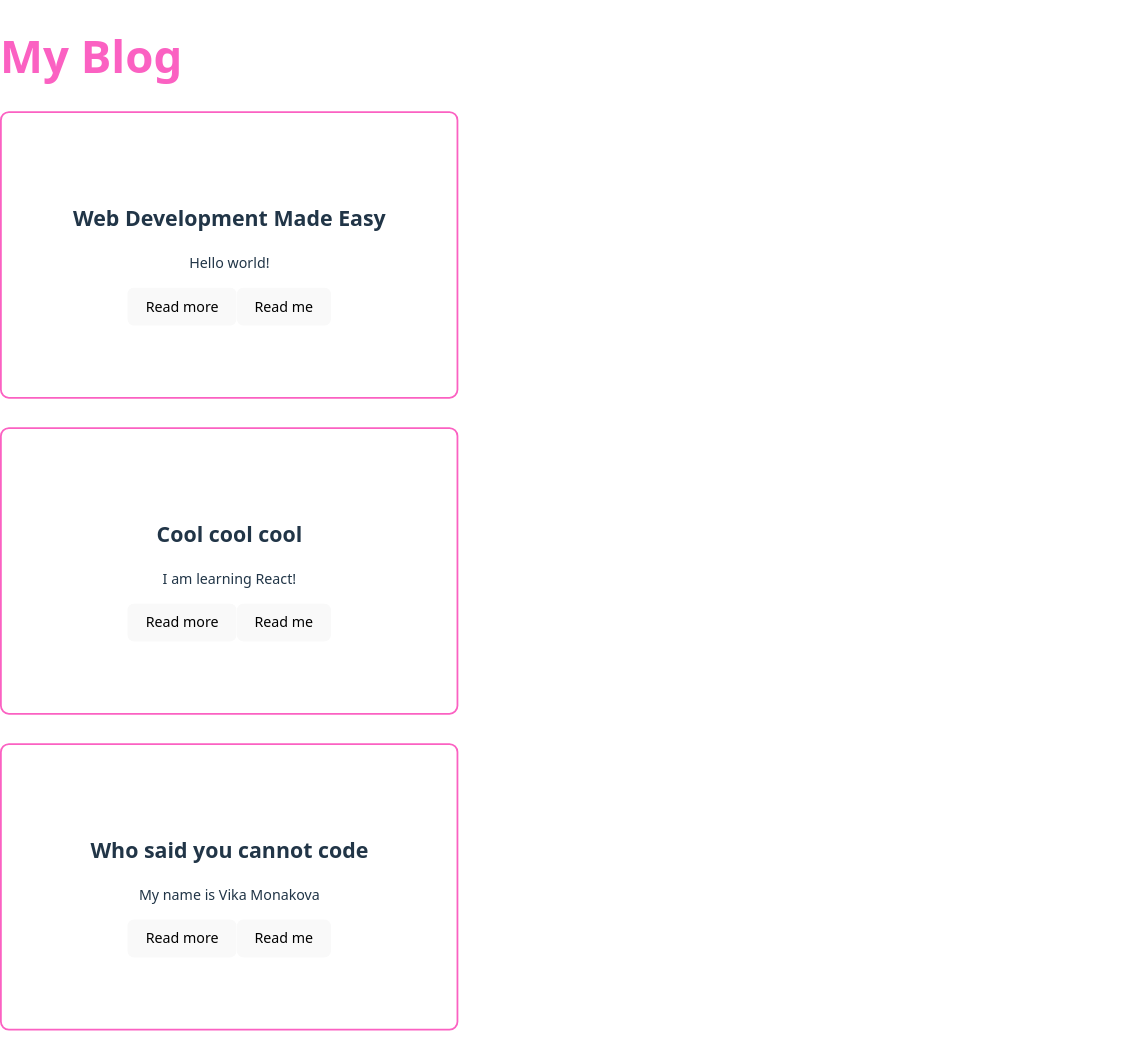
Repository: monavi77/front_web_dev_week1
Page: /
These files come from the project's save history. The page is drawn as it stood at one moment and after the next save; the edit follows.
The browser window is 1280 px wide. The pictures show the whole page, at 89% of full size.
The project was rebuilt for these pictures with package versions that can differ from the ones it lists, and the page was loaded fresh each time. Also part of the build but not shown: vite.config.js.

Above is the page before, as saved 2025-09-10 14:06:14.

After the next save:
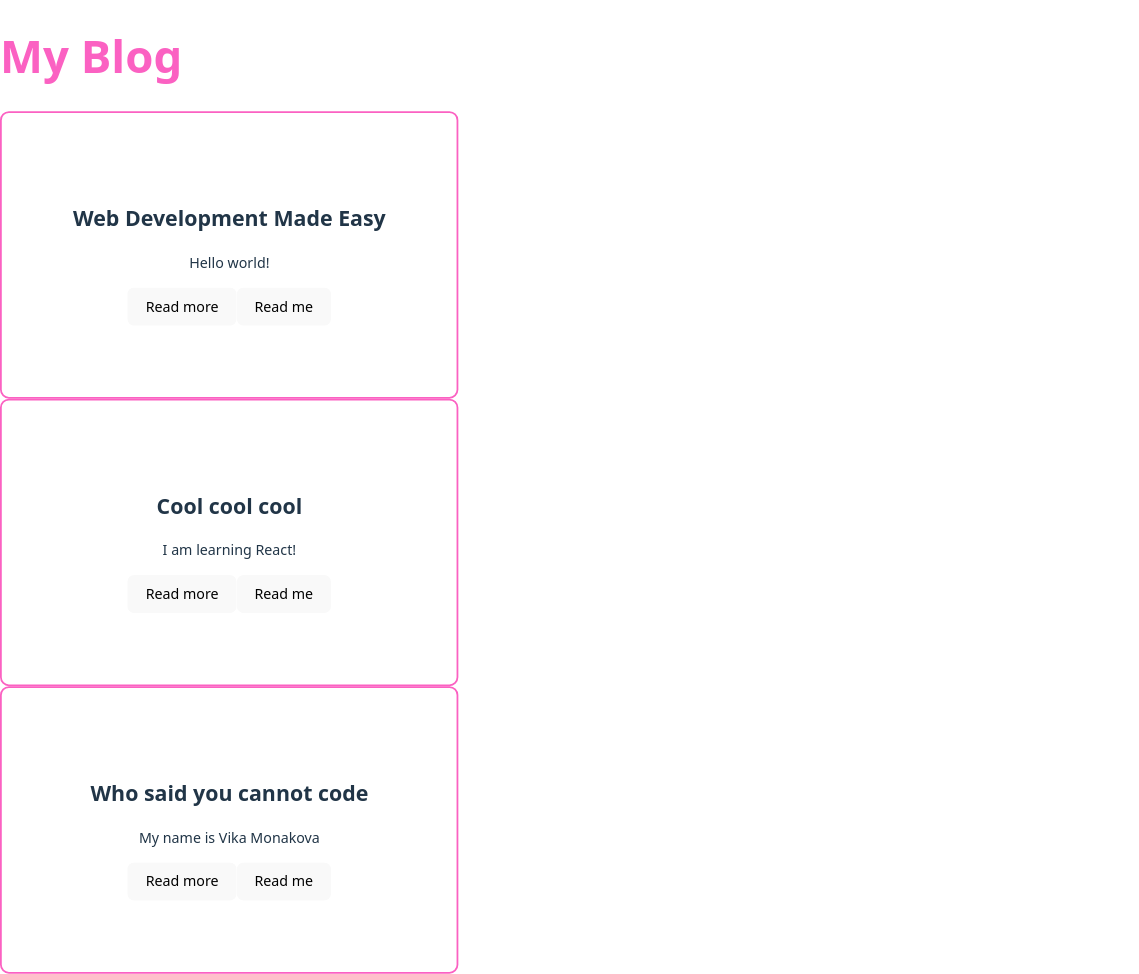
Saved 15 s later.
--- a/src/index.css
+++ b/src/index.css
@@ -76,7 +76,7 @@ h1 {
   border: 2px solid #fb61c2;
   border-radius: 10px;
   padding: 5em;
-  margin: 2em auto;
+  margin: auto;
   max-width: 600px;
   text-align: center;
 }
